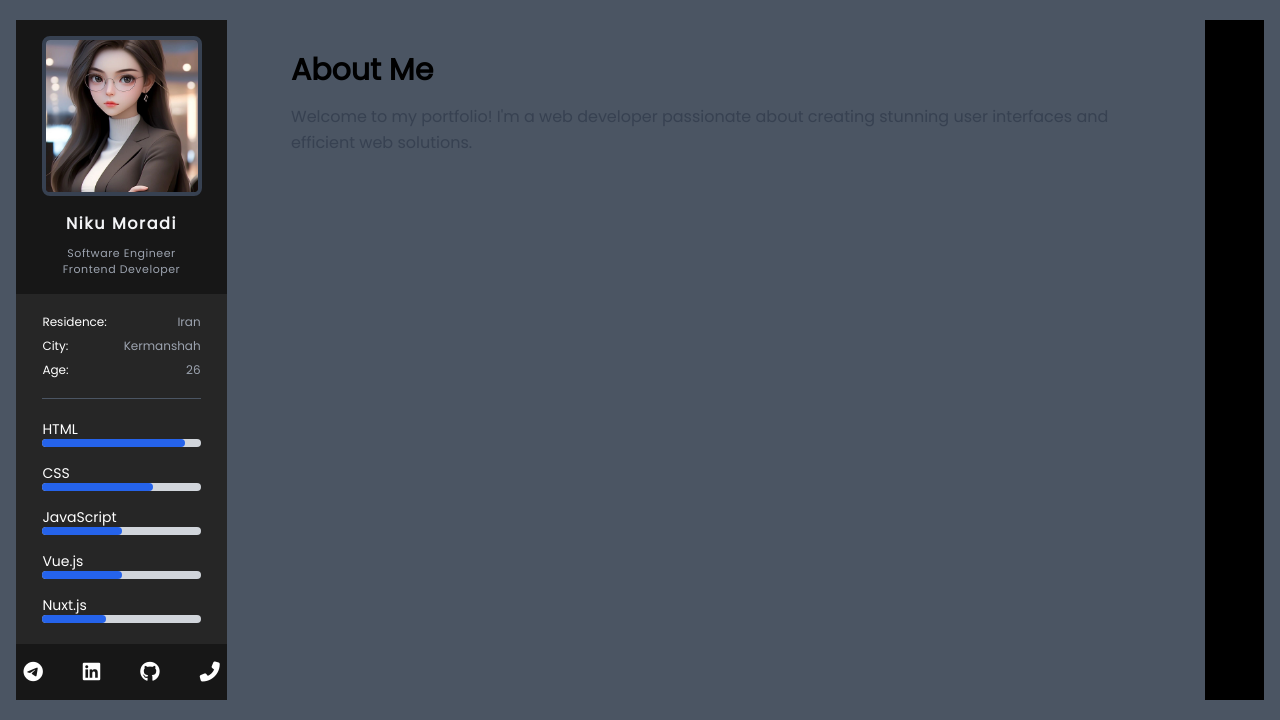
Repository: NikuMoradi/niku-moradi
Page: /
These files come from the project's save history. The page is drawn as it stood at one moment and after the next save; the edit follows.
The browser window is 1280 px wide. The pictures show the whole page.
The project was rebuilt for these pictures with package versions that can differ from the ones it lists, and the page was loaded fresh each time. The framework's server and built-in components were replaced by stand-ins that run in the browser. Also part of the build but not shown: nuxt.config.ts, components/Blog Posts/Component-Design.vue, components/Blog.vue, components/Contact.vue, components/Education.vue, components/Experience.vue, components/Hero.vue, components/Menu.vue and 3 more.

Above is the page before, as saved 2024-11-29 12:33:41.
Not found: assets/img/bg.jpg

### assets/css/main.css
@tailwind base;
@tailwind components;
@tailwind utilities;

body {
  /* From https://css.glass */
  background: #ffffff;
  font-family: "Poppins", sans-serif;
}

@layer utilities {
}

### components/LeftPanel.vue
<template>
  <div
    class="bg-neutral-800 text-white w-72 flex flex-col items-center"
    style="height: calc(100vh - 40px)"
  >
    <!-- Header-->
    <div
      class="w-full py-4 flex flex-col items-center justify-center bg-neutral-900"
    >
      <img
        src="../assets/img/photo_2024-11-28_10-37-05.jpg"
        alt="Profile Picture"
        class="w-40 h-40 mb-5 rounded-lg border-4 border-gray-700 object-cover object-center"
      />
      <h2
        class="text-gray-100 text-[16px] font-semibold tracking-widest leading-[16.8px] mb-3"
      >
        Niku Moradi
      </h2>
      <p
        class="text-gray-400 text-[11px] font-light tracking-wider leading-[16.5px]"
      >
        Software Engineer
      </p>
      <p
        class="text-gray-400 text-[11px] font-light tracking-wider leading-[16.5px]"
      >
        Frontend Developer
      </p>
    </div>

    <div class="w-3/4 flex flex-col overflow-y-auto scrollbar-hide">
      <!-- table -->
      <div class="py-5 text-xs border-b border-gray-600 mb-5">
        <ul class="space-y-2">
          <li class="flex justify-between">
            <h6>Residence:</h6>
            <span class="text-gray-400">Iran</span>
          </li>
          <li class="flex justify-between">
            <h6>City:</h6>
            <span class="text-gray-400">Kermanshah</span>
          </li>
          <li class="flex justify-between">
            <h6>Age:</h6>
            <span class="text-gray-400">26</span>
          </li>
        </ul>
      </div>
      <!-- Skill Bars -->
      <div class="space-y-4 pb-5 border-b border-gray-600 mb-5">
        <div>
          <label class="block text-sm">HTML</label>
          <div class="w-full bg-gray-300 h-2 rounded-full">
            <div class="bg-blue-600 h-2 rounded-full w-[90%]"></div>
          </div>
        </div>
        <div>
          <label class="block text-sm">CSS</label>
          <div class="w-full bg-gray-300 h-2 rounded-full">
            <div class="bg-blue-600 h-2 rounded-full w-[70%]"></div>
          </div>
        </div>
        <div>
          <label class="block text-sm">JavaScript</label>
          <div class="w-full bg-gray-300 h-2 rounded-full">
            <div class="bg-blue-600 h-2 rounded-full w-[50%]"></div>
          </div>
        </div>
        <div>
          <label class="block text-sm">Vue.js</label>
          <div class="w-full bg-gray-300 h-2 rounded-full">
            <div class="bg-blue-600 h-2 rounded-full w-[50%]"></div>
          </div>
        </div>
        <div>
          <label class="block text-sm">Nuxt.js</label>
          <div class="w-full bg-gray-300 h-2 rounded-full">
            <div class="bg-blue-600 h-2 rounded-full w-[40%]"></div>
          </div>
        </div>
        <div>
          <label class="block text-sm">Quasar</label>
          <div class="w-full bg-gray-300 h-2 rounded-full">
            <div class="bg-blue-600 h-2 rounded-full w-[70%]"></div>
          </div>
        </div>
        <div>
          <label class="block text-sm">Tailwind</label>
          <div class="w-full bg-gray-300 h-2 rounded-full">
            <div class="bg-blue-600 h-2 rounded-full w-[60%]"></div>
          </div>
        </div>
      </div>
      <!-- General Skills -->
      <ul
        class="text-gray-400 text-[11px] font-light tracking-wider space-y-2 mb-5"
      >
        <li class="flex items-center">
          <i class="fas fa-check fa-xs text-blue-500 mr-2"></i>
          English Level B2
        </li>
        <li class="flex items-center">
          <i class="fas fa-check fa-xs text-blue-500 mr-2"></i>
          Git Knowledge
        </li>
        <li class="flex items-center">
          <i class="fas fa-check fa-xs text-blue-500 mr-2"></i>
          Design Patterns
        </li>
      </ul>
    </div>

    <!-- Social Links -->
    <div class="w-full py-4 text-center mt-auto bg-neutral-900 text-white">
      <div class="space-x-10">
        <a
          href="https://t.me/yourusername"
          target="_blank"
          class="text-white hover:text-blue-400"
        >
          <i class="fab fa-telegram fa-lg"></i>
        </a>
        <a
          href="https://linkedin.com/in/yourusername"
          target="_blank"
          class="text-white hover:text-blue-600"
        >
          <i class="fab fa-linkedin fa-lg"></i>
        </a>
        <a
          href="https://github.com/yourusername"
          target="_blank"
          class="text-white hover:text-gray-700"
        >
          <i class="fab fa-github fa-lg"></i>
        </a>
        <a href="tel:+1234567890" class="text-white hover:text-green-400">
          <i class="fas fa-phone-alt fa-lg"></i>
        </a>
      </div>
    </div>
  </div>
</template>

### components/RightPanel.vue
<template>
  <div class="bg-black w-20" style="height: calc(100vh - 40px)"></div>
</template>

### layouts/default.vue
<template>
  <div
    class="flex justify-center items-center min-h-screen bg-gray-600 px-4 space-x-8"
  >
    <LeftPanel />

    <!-- Fixed Width Centered Card -->
    <div
      class="w-full max-w-5xl overflow-hidden"
      style="
        height: calc(100vh - 40px);
        background-image: url('/assets/img/bg.jpg');
        background-size: cover;
        background-position: center;
      "
    >
      <!-- Scrollable Content -->
      <div class="overflow-y-auto h-full scrollbar-hide">
        <NuxtPage />
      </div>
    </div>
    <!-- Right Panel -->
    <RightPanel />
  </div>
</template>

<style>
/* Add any custom global styles here */
body {
  background: linear-gradient(to bottom, #f0f0f0, #d0d0d0);
}
</style>

### app.vue
<!-- The app.vue is just holding the layout container and serving as the root.
 The default.vue layout handles the overall structure of the page.
All content from your pages will automatically be placed inside the NuxtPage slot of the layout.-->
<template>
  <NuxtLayout />
</template>

### pages/index.vue
<template>
  <div class="p-8">
    <h1 class="text-3xl font-bold mb-4">About Me</h1>
    <p class="text-gray-700 leading-relaxed">
      Welcome to my portfolio! I'm a web developer passionate about creating
      stunning user interfaces and efficient web solutions.
    </p>
  </div>
</template>

### tailwind.config.js
/** @type {import('tailwindcss').Config} */
export default {
  content: [
    "./components/**/*.{js,vue,ts}",
    "./layouts/**/*.vue",
    "./pages/**/*.vue",
    "./plugins/**/*.{js,ts}",
    "./app.vue",
    "./error.vue",
  ],
  theme: {
    extend: {},
  },
  plugins: [require("tailwind-scrollbar-hide")],
};

Loaded but not shown: plugins/aos.client.js (no copy from this time; the picture is the same without it)

After the next save:
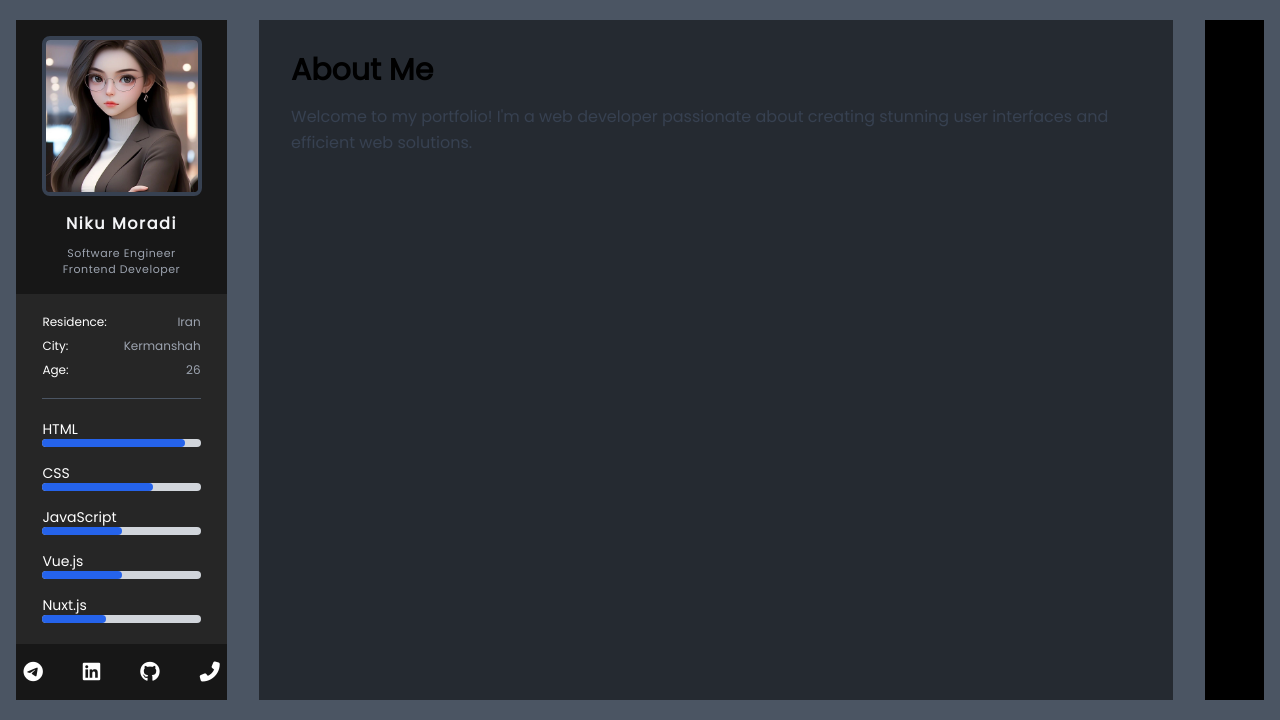
Saved 97 min 40 s later.
--- a/layouts/default.vue
+++ b/layouts/default.vue
@@ -6,13 +6,8 @@
 
     <!-- Fixed Width Centered Card -->
     <div
-      class="w-full max-w-5xl overflow-hidden"
-      style="
-        height: calc(100vh - 40px);
-        background-image: url('/assets/img/bg.jpg');
-        background-size: cover;
-        background-position: center;
-      "
+      class="bg-black bg-opacity-50 w-full max-w-5xl overflow-hidden"
+      style="height: calc(100vh - 40px)"
     >
       <!-- Scrollable Content -->
       <div class="overflow-y-auto h-full scrollbar-hide">
